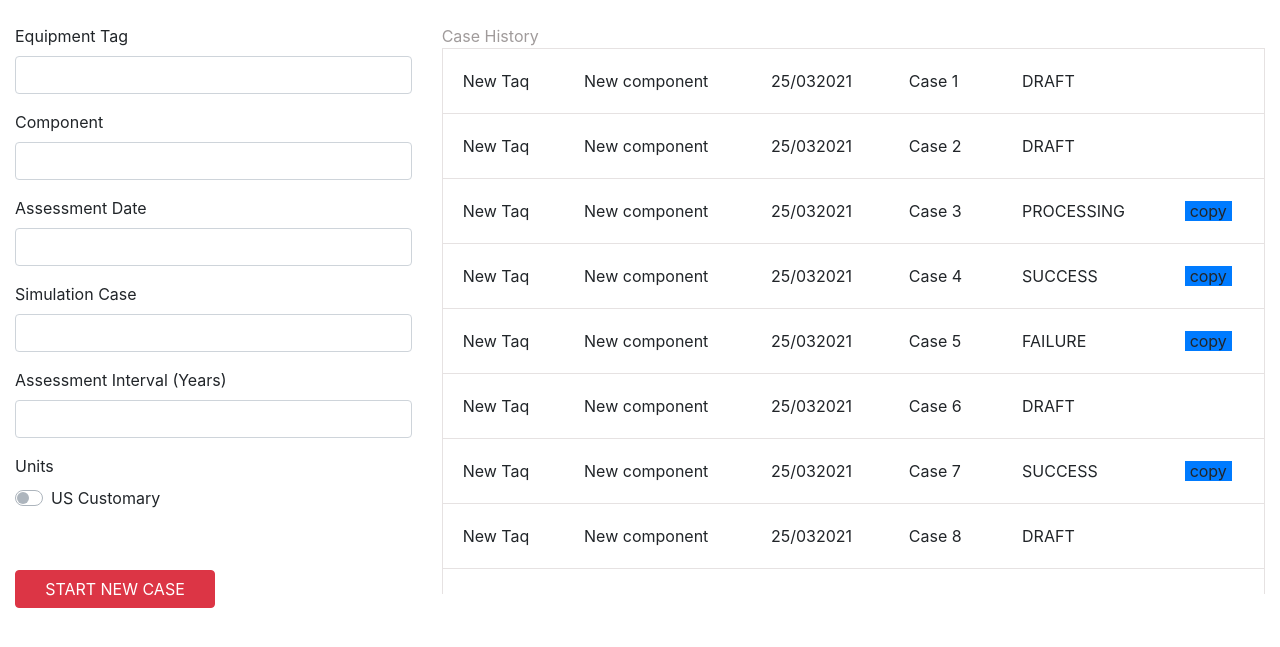
Repository: arif286/dashboard
Page: /
An editor plug-in stored every save of this project. The page is shown before and after the next save, followed by the edit.
The browser window is 1280 px wide. The pictures show the whole page.
An inner scrolling area shows only its first screen. The project was rebuilt for these pictures with package versions that can differ from the ones it lists, and the page was loaded fresh each time. The framework's server and built-in components were replaced by stand-ins that run in the browser. Also part of the build but not shown: nuxt.config.js, components/Nav.vue.

Above is the page before, as saved 2021-06-18 19:38:13.

### components/Form.vue
<template>
  <div>
    <form class="Assessment-input" action="">
      <div class="mb-3">
        <label for="Input1" class="form-label">Equipment Tag</label>
        <input id="Input1" type="text" class="form-control">
      </div>
      <div class="mb-3">
        <label for="Input2" class="form-label">Component</label>
        <input id="Input2" type="text" class="form-control">
      </div>
      <div class="mb-3">
        <label for="Input3" class="form-label">Assessment Date</label>
        <input id="Input3" type="text" class="form-control">
      </div>
      <div class="mb-3">
        <label for="Input4" class="form-label">Simulation Case</label>
        <input id="Input4" type="text" class="form-control">
      </div>
      <div class="mb-3">
        <label for="Input5" class="form-label">Assessment Interval (Years)</label>
        <input id="Input5" type="text" class="form-control">
      </div>
      <div>
        <label for="Input5" class="form-label">Units</label>
        <b-form-checkbox v-model="checked" name="check-button" switch>
          US Customary
        </b-form-checkbox>
      </div>
      <b-button class="submit-button" type="submit" variant="danger">
        START NEW CASE
      </b-button>
    </form>
  </div>
</template>
<script>
export default {
  data () {
    return {
      form: {
        email: '',
        name: '',
        food: null,
        checked: []
      },
      foods: [
        { text: 'Select One', value: null },
        'Carrots',
        'Beans',
        'Tomatoes',
        'Corn'
      ],
      show: true,
      checked: false
    }
  },
  methods: {
    onSubmit (event) {
      event.preventDefault()
      alert(JSON.stringify(this.form))
    }
  }
}
</script>
<style>
.submit-button {
  width: 200px;
  margin-top: 60px;
}
.Assessment-input input:focus {
  border-color: red;
  box-shadow: none;
}
</style>

### components/Table.vue
<template>
  <div class="table-contain">
    <p class="title">
      Case History
    </p>
    <table class="w-100 table-border">
      <tbody>
        <tr v-for="item in data" :key="item.id">
          <td>{{ item.equipmentTag }}</td>
          <td>{{ item.component }}</td>
          <td>{{ item.assessmentDate }}</td>
          <td>Case {{ item.case }}</td>
          <td>{{ item.status }}</td>
          <td>
            <span :class="item.copy ? 'copy-btn' : ''">{{ item.copy ? 'copy' : '' }}</span>
          </td>
        </tr>
      </tbody>
    </table>
  </div>
</template>

<script>
export default {
  props: {
    data: {
      type: Array,
      required: true
    }
  }
}
</script>
<style scoped>

.table-border tr{
 border: 1px solid #e6e2e2;
}
.table-border td{
  padding: 20px;
}
.title{
  margin-bottom: 0px;
  color: #a09b9b;
}
.table-contain {
  height: 570px;
  overflow-y: scroll;
}
.copy-btn{
  background-color: #007bff;
  padding: 0px 5px;
}
</style>

### pages/index.vue
<template>
  <div class="container">
    <div class="row mt-4">
      <div class="col-4">
        <Form />
      </div>
      <div class="col-8">
        <Table :data="dashboardData" />
      </div>
    </div>
  </div>
</template>

<script>
import { dashboardData } from '@/assets/dashboard.js'
// eslint-disable-next-line semi
export default {
  data () {
    return { dashboardData }
  }
}
</script>

<style>
.container {
  max-width: 1760px;
}
</style>

### assets/dashboard.js
export const dashboardData = [
  {
    id: 1,
    equipmentTag: 'New Taq',
    component: 'New component',
    assessmentDate: '25/032021',
    case: 1,
    status: 'DRAFT'
  },
  {
    id: 2,
    equipmentTag: 'New Taq',
    component: 'New component',
    assessmentDate: '25/032021',
    case: 2,
    status: 'DRAFT'
  },
  {
    id: 3,
    equipmentTag: 'New Taq',
    component: 'New component',
    assessmentDate: '25/032021',
    case: 3,
    status: 'PROCESSING',
    copy: true
  },
  {
    id: 4,
    equipmentTag: 'New Taq',
    component: 'New component',
    assessmentDate: '25/032021',
    case: 4,
    status: 'SUCCESS',
    copy: true
  },
  {
    id: 5,
    equipmentTag: 'New Taq',
    component: 'New component',
    assessmentDate: '25/032021',
    case: 5,
    status: 'FAILURE',
    copy: true
  },
  {
    id: 6,
    equipmentTag: 'New Taq',
    component: 'New component',
    assessmentDate: '25/032021',
    case: 6,
    status: 'DRAFT'
  },
  {
    id: 7,
    equipmentTag: 'New Taq',
    component: 'New component',
    assessmentDate: '25/032021',
    case: 7,
    status: 'SUCCESS',
    copy: true
  },
  {
    id: 8,
    equipmentTag: 'New Taq',
    component: 'New component',
    assessmentDate: '25/032021',
    case: 8,
    status: 'DRAFT'
  },
  {
    id: 9,
    equipmentTag: 'New Taq',
    component: 'New component',
    assessmentDate: '25/032021',
    case: 9,
    status: 'DRAFT'
  },
  {
    id: 10,
    equipmentTag: 'New Taq',
    component: 'New component',
    assessmentDate: '25/032021',
    case: 10,
    status: 'DRAFT'
  }
]

Loaded but not shown: layouts/default.vue (common file)

After the next save:
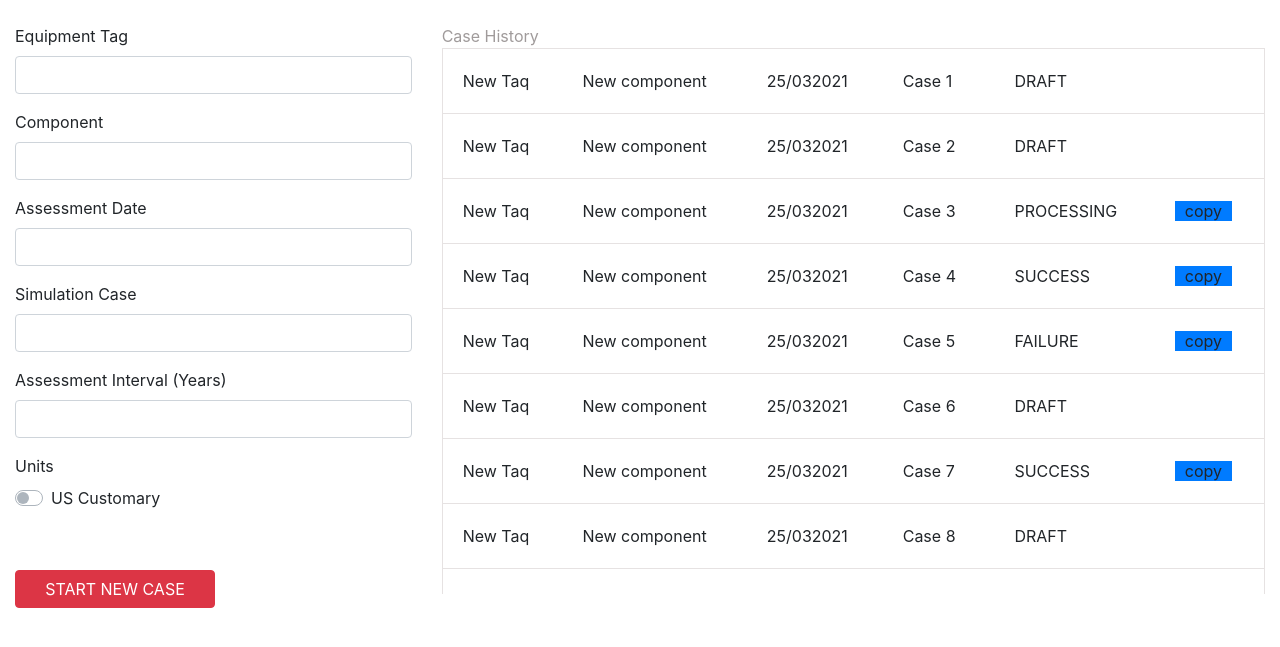
Saved 16 s later.
--- a/components/Table.vue
+++ b/components/Table.vue
@@ -48,6 +48,6 @@ export default {
 }
 .copy-btn{
   background-color: #007bff;
-  padding: 0px 5px;
+  padding: 0px 10px;
 }
 </style>
